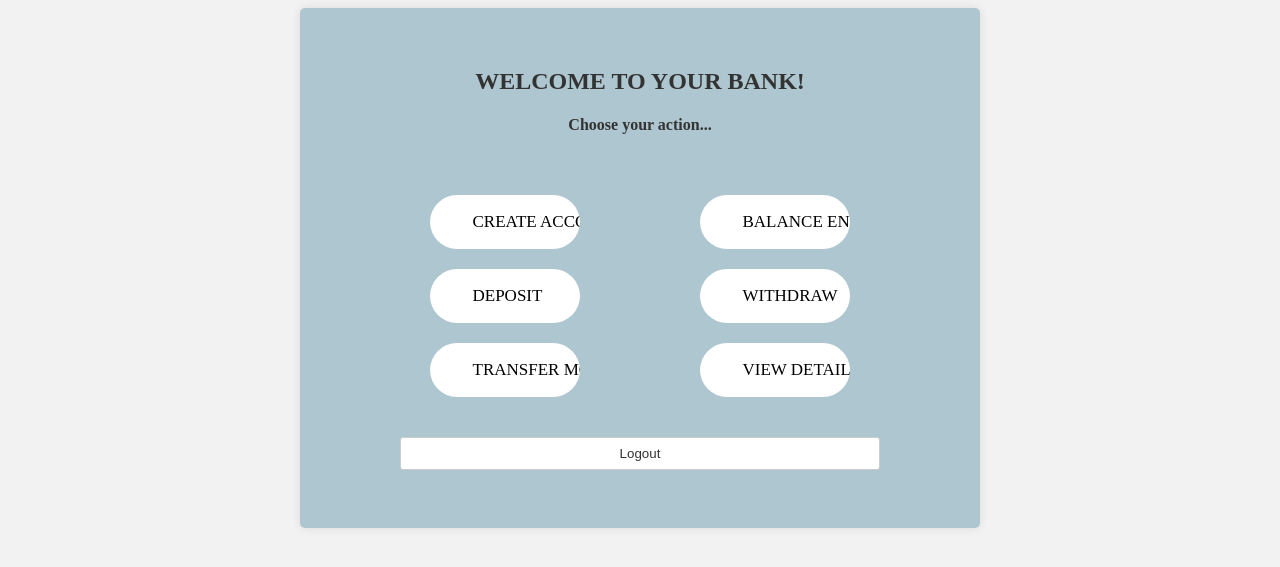
Repository: mansistic-0n3/Java_IGT
Page: Java Project/BankServlet/src/main/webapp/Home.html
These files come from the project's save history. The page is drawn as it stood at one moment and after the next save; the edit follows.
The browser window is 1280 px wide. The pictures show the whole page.

Above is the page before, as saved 2023-07-03 06:33:29.

After the next save:
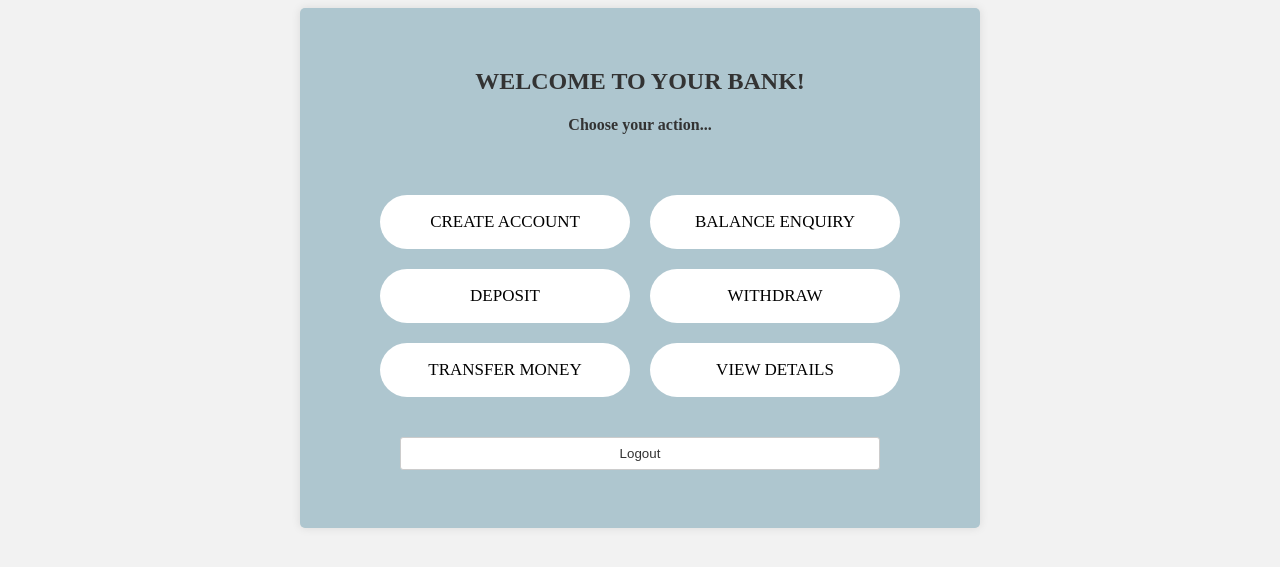
Saved 11 s later.
--- a/Java Project/BankServlet/src/main/webapp/Home.html
+++ b/Java Project/BankServlet/src/main/webapp/Home.html
@@ -20,7 +20,7 @@
   .btn {
  position: relative;
  font-size: 17px;
- width:150px;
+ width:250px;
  text-transform: uppercase;
  text-decoration: none;
  padding: 1em 2.5em;
